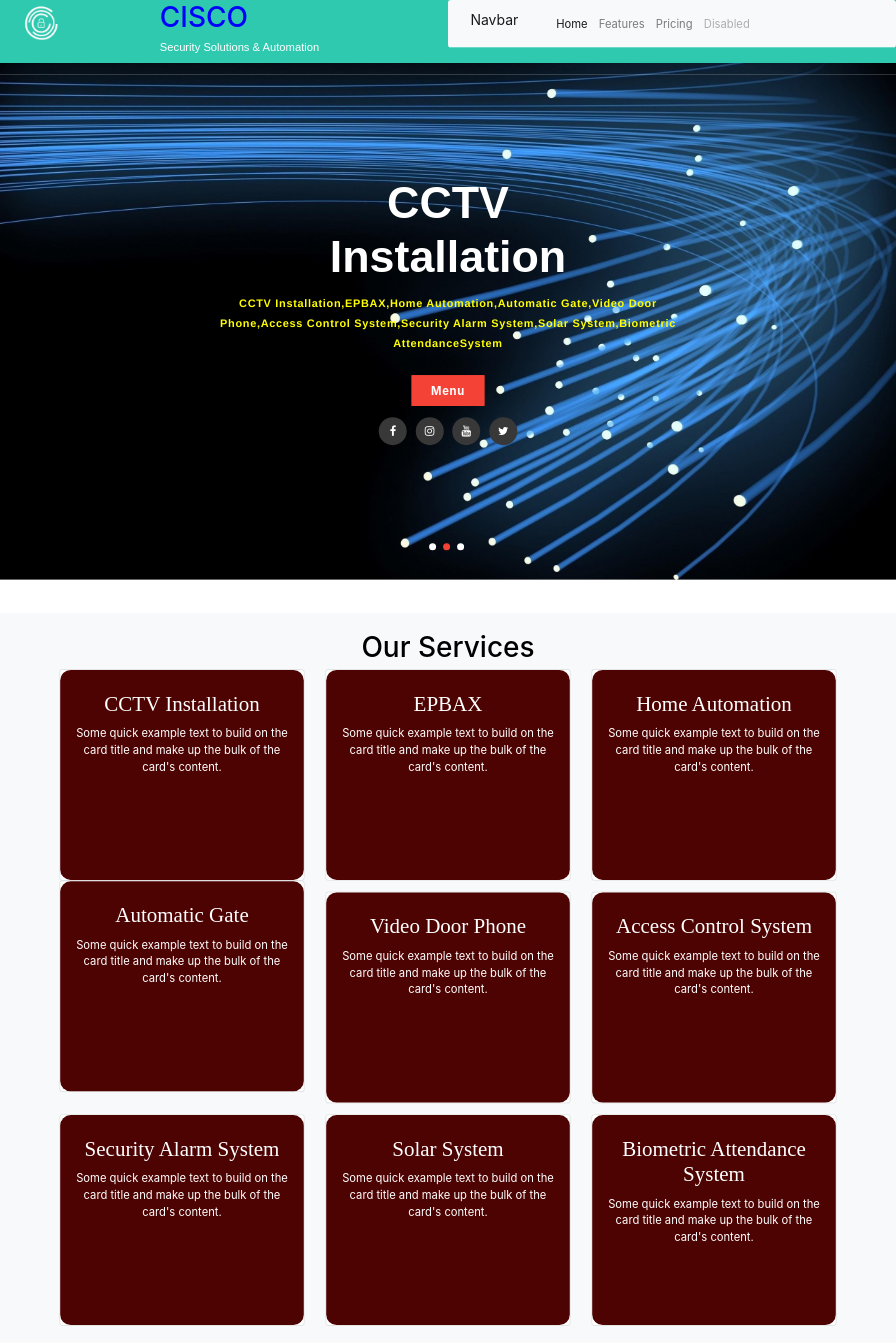
Repository: Nuhman123/Cisco
Page: index.html
An editor plug-in stored every save of this project. The page is shown before and after a run of saves, followed by the edit.
The browser window is 1280 px wide. The pictures show the part of the page from y = 0 to 1920 px (the page is 3545 px tall), at 70% of full size.

Above is the page before, as saved 2021-04-09 11:01:00.

### index.html
<!--A Design by W3layouts
Author: W3layout
Author URL: http://w3layouts.com
License: Creative Commons Attribution 3.0 Unported
License URL: http://creativecommons.org/licenses/by/3.0/
-->
<!DOCTYPE html>
<html lang="en">
<head>
<title>CISCO security solutions & automation</title>
<meta name="viewport" content="width=device-width, initial-scale=1">
<meta http-equiv="Content-Type" content="text/html; charset=utf-8" />
<meta name="keywords" content="Royal Recipes Responsive web template, Bootstrap Web Templates, Flat Web Templates, Android Compatible web template,
Smartphone Compatible web template, free webdesigns for Nokia, Samsung, LG, SonyEricsson, Motorola web design" />
<script type="application/x-javascript"> addEventListener("load", function() { setTimeout(hideURLbar, 0); }, false); function hideURLbar(){ window.scrollTo(0,1); } </script>
<!-- bootstrap-css -->
<link href="css/bootstrap.css" rel="stylesheet" type="text/css" media="all" />
<!--// bootstrap-css -->
<!-- css -->
<link rel="stylesheet" href="css/style.css" type="text/css" media="all" />
<!--// css -->
<link rel="stylesheet" href="css/owl.carousel.css" type="text/css" media="all">
<link href="css/owl.theme.css" rel="stylesheet">
<!-- font-awesome icons -->
<link href="css/font-awesome.css" rel="stylesheet">
<!-- //font-awesome icons -->
<!-- font -->
<link href='//fonts.googleapis.com/css?family=Pacifico' rel='stylesheet' type='text/css'>
<link href='//fonts.googleapis.com/css?family=Open+Sans+Condensed:300,300italic,700' rel='stylesheet' type='text/css'>
<!-- //font -->
<script src="js/jquery-1.11.1.min.js"></script>
<script src="js/bootstrap.js"></script>
<link rel="stylesheet" href="https://maxcdn.bootstrapcdn.com/bootstrap/4.0.0/css/bootstrap.min.css" integrity="sha384-Gn5384xqQ1aoWXA+058RXPxPg6fy4IWvTNh0E263XmFcJlSAwiGgFAW/dAiS6JXm" crossorigin="anonymous">
<!-- light-box -->
<link rel="stylesheet" href="css/lightbox.css">
<!-- //light-box -->
<script src="js/SmoothScroll.min.js"></script>
<!--search jQuery-->
<script src="js/main.js"></script>
<!--//search jQuery-->
<script type="text/javascript">
	jQuery(document).ready(function($) {
		$(".scroll").click(function(event){
			event.preventDefault();
			$('html,body').animate({scrollTop:$(this.hash).offset().top},1000);
		});
	});
</script>

<script>
$(document).ready(function() {
	$("#owl-demo").owlCarousel({

		autoPlay: 3000, //Set AutoPlay to 3 seconds
		autoPlay:true,
		items : 4,
		itemsDesktop : [640,5],
		itemsDesktopSmall : [414,4]

	});

});
</script>
</head>
<body>
	<header class="header-1">
		<div class="col-xs-2">
			<img src="images/csc0log.png">
		</div>
		<div class="col-xs-4">
			<h1>CISCO</h1>
			<p>Security Solutions & Automation</p>
		</div>
		<nav class="navbar navbar-expand-lg navbar-light bg-light">
			<a class="navbar-brand" href="#">Navbar</a>
			<button class="navbar-toggler" type="button" data-toggle="collapse" data-target="#navbarNavAltMarkup" aria-controls="navbarNavAltMarkup" aria-expanded="false" aria-label="Toggle navigation">
			  <span class="navbar-toggler-icon"></span>
			</button>
			<div class="collapse navbar-collapse" id="navbarNavAltMarkup">
			  <div class="navbar-nav">
				<a class="nav-item nav-link active" href="#">Home <span class="sr-only">(current)</span></a>
				<a class="nav-item nav-link" href="#">Features</a>
				<a class="nav-item nav-link" href="#">Pricing</a>
				<a class="nav-item nav-link disabled" href="#">Disabled</a>
			  </div>
			</div>
		  </nav>
	</header>
	<!-- banner -->
	<div class="banner">
		<div class="top-banner">
			<div class="container">

			</div>
		</div>
		<div class="header">
			<div class="container">
				<div class="logo">

				</div>
				<div class="clearfix"> </div>
			</div>
		</div>
		<div class="banner-slider">
			<div class="container">
				<div class="slider">
					<div class="callbacks_container">
						<ul class="rslides callbacks callbacks1" id="slider4">
							<li>
								<div class="agileits-banner-info">
									<img src="images/csc0log.png">
									<h3>CISCO</h3>
									<h5>Security Solutions & Automation</h5>
									<p>CCTV Installation,EPBAX,Home Automation,Automatic Gate,Video Door Phone,Access Control System,Security Alarm System,Solar System,Biometric AttendanceSystem</p>
									<a href="menu.html">Menu</a>

								</div>
							</li>
							<li>
								<div class="agileits-banner-info">
									<h3>CCTV<br> Installation</h3>
									<p>CCTV Installation,EPBAX,Home Automation,Automatic Gate,Video Door Phone,Access Control System,Security Alarm System,Solar System,Biometric AttendanceSystem</p>
									<a href="menu.html">Menu</a>
								</div>
							</li>
							<li>
								<div class="agileits-banner-info">
									<img src="images/csc0log.png">
									<h3>CISCO</h3>
									<p>CCTV Installation,EPBAX,Home Automation,Automatic Gate,Video Door Phone,Access Control System,Security Alarm System,Solar System,Biometric AttendanceSystem</p>
									<a href="menu.html">Menu</a>
								</div>
							</li>
						</ul>
						<div class="social text-center">
							<ul>
								<li><a href="https://www.facebook.com/cisco_security_solutions-101064504984043/"><i class="fa fa-facebook"></i></a></li>
								<li><a href="https://www.instagram.com/ci8sco_security_solutions?r=nametag"><i class="fa fa-instagram"></i></a></li>
								<li><a href="https://youtube.com/channel/UCSI_CHHL5nW7fggODaksUw"><i class="fa fa-youtube"></i></a></li>
								<li><a href="https://twitter.com"><i class="fa fa-twitter"></i></a></li>
							</ul>
						</div>
					</div>
					<script src="js/responsiveslides.min.js"></script>
					<script>
						// You can also use "$(window).load(function() {"
						$(function () {
						  // Slideshow 4
						  $("#slider4").responsiveSlides({
							auto: true,
							pager:true,
							nav:false,
							speed: 500,
							namespace: "callbacks",
							before: function () {
							  $('.events').append("<li>before event fired.</li>");
							},
							after: function () {
							  $('.events').append("<li>after event fired.</li>");
							}
						  });

						});
					 </script>
					<!--banner Slider starts Here-->
				</div>
			</div>
		</div>
	</div>
	<!-- banner -->
	<!-- services -->
	<section class="bg-light p-4 mt-5" id="services">
		<div class="container">
		  <h1 class="services text-center">Our Services</h1>
		  <div class="row">
			<div class="col-lg-4 col-md-6">
			  <div class="card text-center">

				<div class="card-body">
				  <h5 class="card-title">CCTV Installation</h5>
				  <p class="card-text">Some quick example text to build on the card title and make up the bulk of the card's content.</p>
				</div>
			  </div>
			</div>
			<div class="col-lg-4 col-md-6 ">
			  <div class="card text-center ">

				<div class="card-body">
				  <h5 class="card-title">EPBAX</h5>
				  <p class="card-text">Some quick example text to build on the card title and make up the bulk of the card's content.</p>
				</div>
			  </div>
			</div>
			<div class="col-lg-4 col-md-6">
			  <div class="card text-center ">

				<div class="card-body">
				  <h5 class="card-title">Home Automation</h5>
				  <p class="card-text">Some quick example text to build on the card title and make up the bulk of the card's content.</p>
				</div>
			  </div>
			</div>
			<div class="col-lg-4 col-md-6">
			  <div class="card text-center">
				<div class="card-body">
				  <h5 class="card-title">Automatic Gate</h5>
				  <p class="card-text">Some quick example text to build on the card title and make up the bulk of the card's content.</p>
				</div>
			  </div>
			</div>
			<div class="col-lg-4 col-md-6  pt-3">
			  <div class="card text-center">
				<div class="card-body">
				  <h5 class="card-title">Video Door Phone</h5>
				  <p class="card-text">Some quick example text to build on the card title and make up the bulk of the card's content.</p>
				</div>
			  </div>
			</div>
			<div class="col-lg-4 col-md-6  pt-3">
			  <div class="card text-center ">
				<div class="card-body">
				  <h5 class="card-title">Access Control System</h5>
				  <p class="card-text">Some quick example text to build on the card title and make up the bulk of the card's content.</p>
				</div>
			  </div>
			</div>
			<div class="col-lg-4 col-md-6  pt-3">
				<div class="card text-center ">
				  <div class="card-body">
					<h5 class="card-title">Security Alarm System</h5>
					<p class="card-text">Some quick example text to build on the card title and make up the bulk of the card's content.</p>
				  </div>
				</div>
			  </div>
			  <div class="col-lg-4 col-md-6  pt-3">
				<div class="card text-center ">
				  <div class="card-body">
					<h5 class="card-title">Solar System</h5>
					<p class="card-text">Some quick example text to build on the card title and make up the bulk of the card's content.</p>
				  </div>
				</div>
			  </div>
			  <div class="col-lg-4 col-md-6  pt-3">
				<div class="card text-center ">
				  <div class="card-body">
					<h5 class="card-title">Biometric Attendance System</h5>
					<p class="card-text">Some quick example text to build on the card title and make up the bulk of the card's content.</p>
				  </div>
				</div>
			  </div>
		  </div>
		</div>
	  </section>
	<!-- //services -->
	<!-- offer -->
	<div class="jarallax offer">
		<div class="container">
			<div class="w3l-offer-heading">
				<h3>Today Offers</h3>
			</div>
			<div class="w3ls-offer-slider">
				<div class="slider">
					<div class="callbacks_container">
						<ul class="rslides callbacks callbacks1" id="slider3">
							<li>
								<div class="agileinfo-offer-grid">
									<h4>45<span>%</span></h4>
									<h5>Pork Vindaloo</h5>
									<p>Quisque scelerisque rutrum nunc, eget hendrerit diam porta efficitur. Duis bibendum consequat est, sed efficitur arcu. Morbi viverra, leo sit amet vestibulum dignissim, tortor est dignissim dolor, eu accumsan est urna id felis. </p>
								</div>
							</li>
							<li>
								<div class="agileinfo-offer-grid">
									<h4>50%</h4>
									<h5>Phaal Curry</h5>
									<p>Vestibulum euismod porttitor interdum. Vivamus porta consectetur nulla porttitor hendrerit. Pellentesque ultrices augue ut nibh feugiat, nec egestas orci cursus. Sed vehicula quis erat sed lobortis. Curabitur eleifend sit amet.</p>
								</div>
							</li>
							<li>
								<div class="agileinfo-offer-grid">
									<h4>64%</h4>
									<h5>Laal Maas</h5>
									<p>Aenean volutpat auctor ultrices. Aliquam ac turpis ultrices, porta enim at, interdum velit. Ut ligula justo, sodales eu nisi a, molestie dictum leo. Sed blandit porta ante, at consequat nulla fermentum a. Donec aliquet tristique.</p>
								</div>
							</li>
						</ul>
					</div>
					<script>
						// You can also use "$(window).load(function() {"
						$(function () {
						  // Slideshow 4
						  $("#slider3").responsiveSlides({
							auto: true,
							pager:false,
							nav:false,
							speed: 500,
							namespace: "callbacks",
							before: function () {
							  $('.events').append("<li>before event fired.</li>");
							},
							after: function () {
							  $('.events').append("<li>after event fired.</li>");
							}
						  });

						});
					 </script>
					<!--banner Slider starts Here-->
				</div>
			</div>
			<script src="js/jarallax.js"></script>
		</div>
	</div>
	<!-- //offer -->
	<!-- special -->
	<div class="special">
		<div class="container">
			<div class="wthree-special-heading">
				<h3>IMAGES</h3>
			</div>
			<div class="special-grids">
				<div id="owl-demo" class="owl-carousel owl-theme">
						<div class="item">
							<div class="w3-agileits-special-grid-info">
								<img src="images/bio.jfif" alt="" />
							</div>
						</div>
						<div class="item">
							<div class="w3-agileits-special-grid-info">
								<img src="images/epbax.jpeg" alt="" />

							</div>
						</div>
						<div class="item">
							<div class="w3-agileits-special-grid-info">
								<img src="images/h automations.jfif" alt="" />

							</div>
						</div>
						<div class="item">
							<div class="w3-agileits-special-grid-info">
								<img src="images/home automa 5.jfif" alt="" />
							</div>
						</div>
						<div class="item">
							<div class="w3-agileits-special-grid-info">
								<img src="images/ghy.jfif" alt="" />

							</div>
						</div>
						<div class="item">
							<div class="w3-agileits-special-grid-info">
								<img src="images/289c9c264087cddc084383969cd6e19f.jpg" alt="" />

							</div>
						</div>
						<div class="item">
							<div class="w3-agileits-special-grid-info">
								<img src="images/h automations.jfif3.jfif" alt="" />

							</div>
						</div>
						<div class="item">
							<div class="w3-agileits-special-grid-info">
								<img src="images/cctv3.jpg" alt="" />

							</div>
						</div>
				</div>
			</div>
		</div>
	</div>
	<!-- //special -->
	<!-- footer -->
	<div class="w3-agile-footer">
		<div class="container">
			<div class="footer-grids">
				<div class="col-md-4 footer-grid">
					<div class="footer-grid-heading">
						<h4>Address</h4>
					</div>
					<div class="footer-grid-info">
						<h1>CISCO</h1>
						<h4 class="">Security Solutions & Automation</h4>
						</di>
						<p class="phone">Phone : 9656457858|9072251938
							<span>Email : <a href="pklcisco@email.com">pklcisco@gmail.com</a></span>
						</p>
						<p>Oppo South Indian ATM,Near Zella Fancy 	Pulikkal </p>
					</div>

				</div>
				<div class="col-md-4 footer-grid">
					<div class="footer-grid-heading">
						<h4>Navigation</h4>
					</div>
					<div class="footer-grid-info">
						<ul class="">
							<li><a href="index.html">Home</a></li>
							<li><a href="about.html">About</a></li>
							<li><a href="menu.html">Menu</a></li>
							<li><a href="contact.html">Contact</a></li>
						</ul>
					</div>
				</div>
				<div class="col-md-4 footer-grid">
					<div class="footer-grid-heading">
						<h4>Follow</h4>
					</div>
					<div class="social">
						<ul>
							<li><a href="https://www.facebook.com/cisco_security_solutions-101064504984043/"><i class="fa fa-facebook"></i></a></li>
							<li><a href="https://www.instagram.com/ci8sco_security_solutions?r=nametag"><i class="fa fa-instagram"></i></a></li>
							<li><a href="https://youtube.com/channel/UCSI_CHHL5nW7fggODaksUw"><i class="fa fa-youtube"></i></a></li>
							<li><a href="https://twitter.com"><i class="fa fa-twitter"></i></a></li>
						</ul>
					</div>
				<div class="clearfix"> </div>
			</div>
		</div>
	</div>
	<div class="agileits-w3layouts-copyright">
		<p>| Design by <a href=""> AKN Creations </a> </p>
		<li style="color: yellow;"><i  class="fa fa-phone" aria-hidden="true"></i> 9446795304</li>
	</div>
	</div>
	<!-- //footer -->
	<script src="js/owl.carousel.js"></script>
	<script type="text/javascript" src="js/move-top.js"></script>
	<script type="text/javascript" src="js/easing.js"></script>
	<!-- here stars scrolling icon -->
	<script type="text/javascript">
		$(document).ready(function() {
			/*
				var defaults = {
				containerID: 'toTop', // fading element id
				containerHoverID: 'toTopHover', // fading element hover id
				scrollSpeed: 1200,
				easingType: 'linear'
				};
			*/

			$().UItoTop({ easingType: 'easeOutQuart' });

			});
	</script>
<!-- //here ends scrolling icon -->
<script type="text/javascript">
			/* init Jarallax */
			$('.jarallax').jarallax({
				speed: 0.5,
				imgWidth: 1366,
				imgHeight: 768
			})
		</script>
</body>
</html>

Loaded but not shown: css/bootstrap.css (library); css/owl.carousel.css (common file); css/owl.theme.css (common file); css/font-awesome.css (library); js/jquery-1.11.1.min.js (library); js/bootstrap.js (library); css/lightbox.css (library); js/SmoothScroll.min.js (library); js/responsiveslides.min.js (library); js/owl.carousel.js (library); js/jarallax.js (433 lines, source omitted); js/easing.js (140 lines, source omitted); js/main.js (100 lines, source omitted); js/move-top.js (5 lines, source omitted); css/style.css (2043 lines, source omitted)

After the next 3 saves:
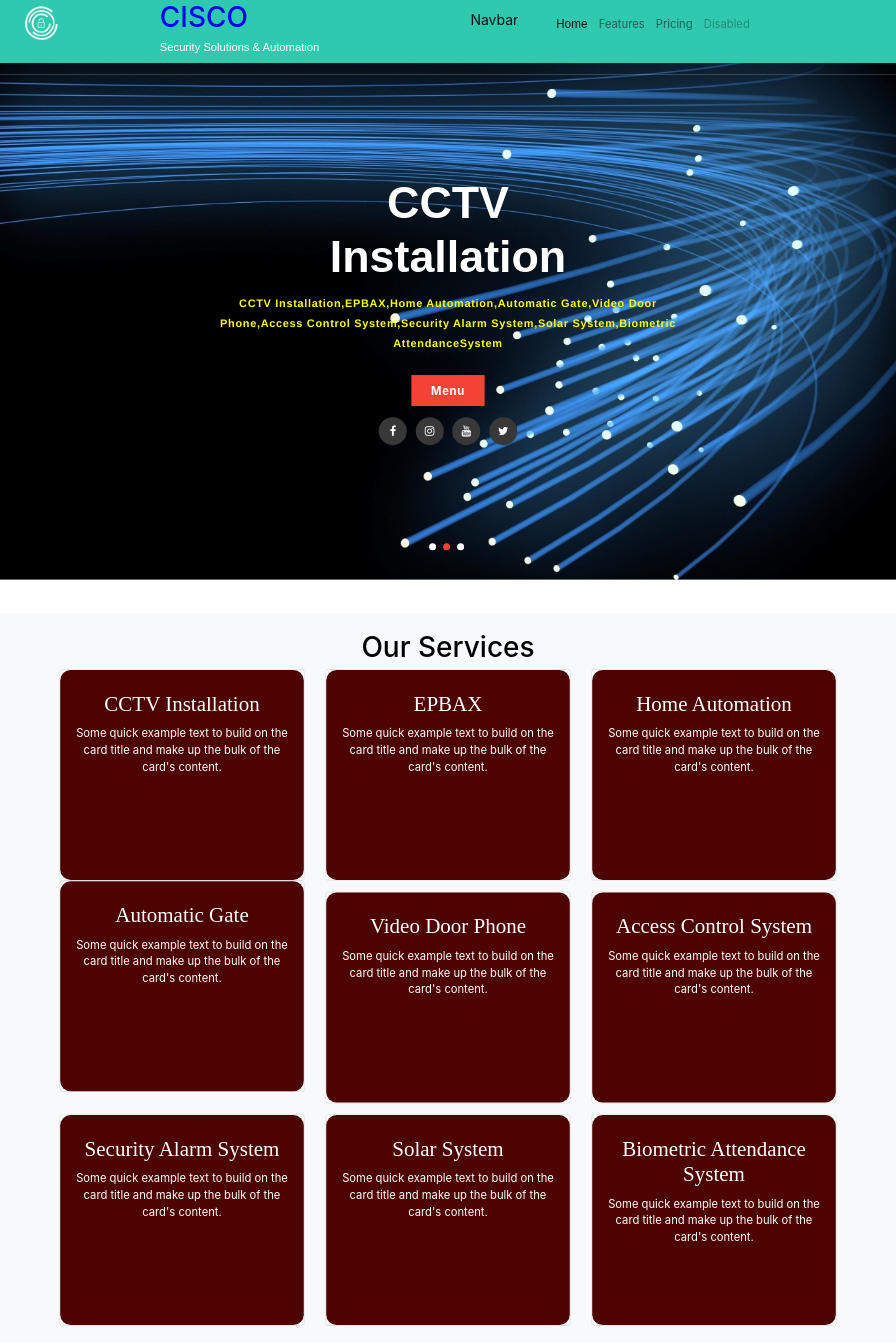
The 3 saves are shown as one change because they came seconds apart.
The last was saved 74 s later.
--- a/index.html
+++ b/index.html
@@ -71,7 +71,7 @@
 			<h1>CISCO</h1>
 			<p>Security Solutions & Automation</p>
 		</div>
-		<nav class="navbar navbar-expand-lg navbar-light bg-light">
+		<nav class="navbar navbar-expand-lg navbar-light">
 			<a class="navbar-brand" href="#">Navbar</a>
 			<button class="navbar-toggler" type="button" data-toggle="collapse" data-target="#navbarNavAltMarkup" aria-controls="navbarNavAltMarkup" aria-expanded="false" aria-label="Toggle navigation">
 			  <span class="navbar-toggler-icon"></span>
